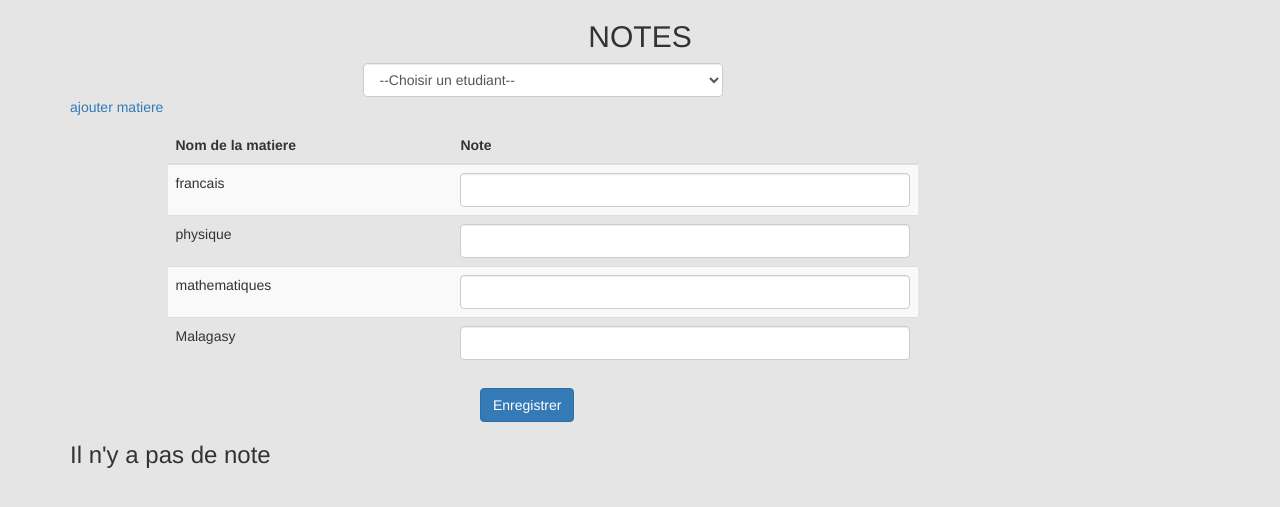
Repository: mitantsoa1/CRUD-note
Page: http://localhost/note
The author's editor kept a copy of each file at every save. The page is drawn from the files as they stood at one save, then again after the next save.
The browser window is 1280 px wide. The pictures show the whole page.
The page is run by PHP 8.4 with error messages shown; the project is at /var/www/html/. The database holds what the project's SQL file puts in it.

Above is the page before, as saved 2021-02-12 11:47:50.
Console error: SyntaxError: Unexpected token '<'

### index.php
<?php

require_once ("Controls/Controllers.class.php");
// require_once ("Models/Database.class.php");
// Database::init("localhost","stage","root","");

if(isset($_GET['action'])){
    if(method_exists("Controllers",$_GET['action'])){
        $reflect = new ReflectionMethod("Controllers",$_GET['action']);
        $class = "Controllers";
        $reflect -> invoke(new $class);
    }else{
        Controllers::loadView("erreur.php");
    }
}else{
    Controllers::loadView("indexView.php");
}

?>

### Controls/Controllers.class.php
<?php
	class Controllers{

		public static function loadView($page){
			$page = htmlspecialchars(trim($page)) ;
			include("Views/".$page) ;
		}
		public function index(){
			Controllers::loadView("indexView");
		}
		// pour inclure les portions de page
		public static function includeTemplate($template)
		{
			$template = htmlspecialchars(trim($template));
			include "Views/template_parts/" . $template;
		}
		// inclure du JavaScript
		public static function includeJS($fields)
		{
			$script = "";
			for ($i = 0; $i < count($fields) - 1; $i++) {
				$code = htmlspecialchars(trim($fields[$i]));
				$script .= '<script src="Publics/js/' . $code . '.js"></script>' . "\n\t";
			}
			if ($i == count($fields) - 1) {
				$code = htmlspecialchars(trim($fields[count($fields) - 1]));
				$script .= '<script src="Publics/js/' . $code . '.js"></script>' . "\n";
			}
			echo $script;
		}
		// inclure du CSS
		public static function includeCSS($fields)
		{
			$css = "";
			for ($i = 0; $i < count($fields) - 1; $i++) {
				$code = htmlspecialchars(trim($fields[$i]));
				$css .= '<link rel="stylesheet" href="Publics/css/' . $code . '.css">' . "\n\t";
			}
			if ($i == count($fields) - 1) {
				$code = htmlspecialchars(trim($fields[count($fields) - 1]));
				$css .= '<link rel="stylesheet" href="Publics/css/' . $code . '.css">' . "\n";
			}
			echo $css;
		}

		public function note(){
			Controllers::loadView("note.php");
		}
		public function matiere(){
			Controllers::loadView("matiere.php");
		}
	}

 ?>

### Views/note.php
<!DOCTYPE html>
<html lang="en">
<head>
    <meta charset="UTF-8">
    <meta http-equiv="X-UA-Compatible" content="IE=edge">
    <meta name="viewport" content="width=device-width, initial-scale=1.0">
    <title>note</title>
    <?php
Controllers::includeCSS(["all","bootstrap.min","sweetalert2.min","style","util"]);
?>
</head>
<body>
    <div class="container content-note">
            <h2 class="text-center">NOTES</h2>
        <form action="">
            <div class="row">
                <?php
                    include('Models/Database.class.php');
                    $db = new Database();
                    $tab = $db->select("etudiant")
                                ->execute(null);
                    echo "<div class='col-sm-4 col-sm-offset-3'> <select id='select_etudiant_note' class='form-control'> <option value='choisir' selected='selected'>--Choisir un etudiant--</option>";

                        for($i=0;$i<count($tab);$i++){
                            echo"
                                <option value='".$tab[$i]->id."'>".$tab[$i]->nom." ".$tab[$i]->prenom."</option>
                            ";
                        }

                    echo "</select></div>";

                    // $reqS="SHOW COLUMNS FROM note";
                    // $conn= new PDO("mysql:host=localhost;dbname=scolarite","root","");
                    //         $stmt = $conn -> prepare($reqS);
                    //         $stmt -> execute();
                    //         $i=1;

                    //         while($tab= $stmt->fetch(PDO::FETCH_ASSOC)){
                    //             echo $tab["Field"];
                    //             // $i++;
                    //              var_dump($tab);
                    //         }


                ?>


            </div>
        </form>
        <a href="matiere" >ajouter matiere</a>
        <div class="nom"></div>
        <div class="row">
            <div class="matiere_table col-sm-8 col-sm-offset-1">matiere</div>
        </div>
        <div class="general"></div>
    </div>


<?php
Controllers::includeJS(["jquery","bootstrap.min","all","sweetalert2.min","form-plugin","note","function"]);
?>
</body>
</html>

### Models/Database.class.php
<?php
class Database{
	private $query,$nombreParam, $lastTable;
	private static $conn,$host,$base,$user,$pass,$port ;
		// bd = new PDO("mysql:host=localhost;dbname=nom","user","pass")
		// initialisation
	public static function init($hote,$base,$port,$user,$pass) {
		self::$host=htmlspecialchars(trim($hote)) ;
		self::$base=htmlspecialchars(trim($base)) ;
		self::$user=htmlspecialchars(trim($user)) ;
		self::$pass=htmlspecialchars(trim($pass)) ;

	}
	public static function db() {
		$options = array(PDO::MYSQL_ATTR_INIT_COMMAND => 'SET NAMES utf8',
);


		$url ="mysql:host=".self::$host.";port=".self::$port.";dbname=".self::$base;
		if(!isset(self::$conn)) {
			self::$conn = new PDO($url,self::$user,self::$pass,$options);
		}
		return self::$conn ;

	}
		// execution du requete
	public function execute($value=null) {

			// tester s'il y des trous dans les requetes
			// si c'est une requete de selection
		if (strpos($this->query,"SELECT")>-1) {

			if (strpos($this->query,"?")>-1 ){
				$req = self::db()->prepare($this->query) ;
				$req->execute($value) ;
			}
			else {
				$req = self::db()->query($this->query) ;
			}


			return $req->fetchAll(PDO::FETCH_OBJ);
		}
		else {
			if (strpos($this->query,"?")>-1 ){
				$req = self::db()->prepare($this->query) ;
				$req->execute($value) ;

			}
			else {
				self::db()->query($this->query) ;
			}


			return 0 ;
		}



	}
	public function getQuery() {
		echo $this->query ;
	}
	public function select($table){
		$table=htmlspecialchars(trim($table)) ;
		$this->query = "SELECT * FROM ".$table ;
		$this->lastTable =$table ;
		return $this ;
	}
	public function where($id,$operateur){
		$this->query .= " WHERE ".$id."".$operateur."?";

		return $this ;
	}
	public function et($id,$operateur) {
		$this->query .= " AND ".$id."".$operateur."?";

		return $this ;
	}
	public function ou($id,$operateur) {
		$this->query .= " OR ".$id."".$operateur."?";

		return $this ;
	}
		// insertion
	public function insert($table) {
		$this->query="INSERT INTO ".$table ;
		return $this ;
	}
	// mise à jours
	public function update($table) {
		$this->query="UPDATE ".$table ;
		return $this ;
	}
	public function parametters($fields) {
		if (strpos($this->query,"INSERT")>-1){
			// insertion
			$listeFields="(" ;
			$valeur="VALUES (" ;
			for ($i=0; $i <count($fields) ; $i++) {
				$listeFields.=$fields[$i]."," ;
				$valeur.="?," ;
			}

			$listeFields=trim($listeFields,",").")" ;

			$valeur=trim($valeur,",").")" ;
			$this->query.=" ".$listeFields ;
			$this->query.=" ".$valeur ;
		}
		else if (strpos($this->query,"UPDATE")>-1){
			$listeFields="SET " ;
			for ($i=0; $i <count($fields); $i++) {
				$listeFields.=$fields[$i]."=?," ;
			}
			$listeFields=trim($listeFields,",") ;
			$this->query.=" ".$listeFields ;
		}

		return $this ;
	}

		// suppréssion
	public function delete($table) {
		$table=htmlspecialchars(trim($table)) ;
		$this->query=" DELETE FROM ".$table;
		return $this ;
	}
	public function order($param) {
		$this->query.=" ORDER BY " ;
		$listeOrder="" ;
		foreach ($param as $key => $value) {
			$listeOrder.=$key. " ".$value."," ;
		}
		$listeOrder=trim($listeOrder,",") ;
		$this->query.=$listeOrder ;
		return $this ;
	}
	public function inner($table2,$id1) {
		$table2=htmlspecialchars(trim($table2)) ;
		$id1= htmlspecialchars(trim($id1)) ;

		$this->query.=" INNER JOIN ".$table2." ON ".$this->lastTable.".".$id1."=".$table2.".".$id1 ;
		$this->lastTable=$table2;
		return $this;
	}
	// inner join id différent
	public function innerD($table2,$id1,$id2) {
		$table2=htmlspecialchars(trim($table2)) ;
		$id1= htmlspecialchars(trim($id1)) ;

		$this->query.=" INNER JOIN ".$table2." ON ".$this->lastTable.".".$id1."=".$table2.".".$id2 ;
		$this->lastTable=$table2;
		return $this;
	}
	public function sum($table,$fields) {
		$fields = htmlspecialchars(trim($fields)) ;
		$table = htmlspecialchars(trim($table)) ;
		$this->query="SELECT SUM(".$fields.") AS somme FROM ".$table ;
		return $this ;
	}
	// selection avec paramètre
	public function selectParam($table,$listeFields) {
		$reqBase ="SELECT " ;
		for ($i=0; $i <count($listeFields) ; $i++) {
			$reqBase.=$listeFields[$i]."," ;
		}
		$this->query = trim($reqBase,",")." FROM ".$table;
		return $this ;


	}
	public function customSelect($requete) {
		$req = self::db()->query($requete) ;

		return $req->fetchAll(PDO::FETCH_OBJ);
	}

}
	Database::init("localhost","scolarite","3306","root","");

	//ALTER TABLE `note` ADD `francais` IF NOT EXISTS DOUBLE NOT NULL DEFAULT '0.0'
// $db = new Database();
//  $tab = $db->select("note")
//                     ->innerD("etudiant","id_etudiant","id")
// 					->et("note.id_etudiant","=")
// 					->getQuery();
?>

### Views/erreur.php
<!DOCTYPE html>
<html lang="fr">
<head>
    <meta charset="UTF-8">
    <meta name="viewport" content="width=device-width, initial-scale=1.0">
    <title>Page invalide</title>
</head>
<body>
    <h1>ERROR 404</h1>

        <p>Cette page n'est pas disponible</p>
</body>
</html>

### Controls/ajax.php
<?php
    include("../Models/Database.class.php");
    header('Content-type: application/json');
    $db = new Database();

    if(isset($_POST['data'])){
        $tab = $db->select("etudiant")
                ->execute();
        echo json_encode($tab);
    }

    if(isset($_POST['nom'])){
        $nom = htmlspecialchars(trim($_POST['nom']));
        $prenom = htmlspecialchars(trim($_POST['prenom']));
        $dtn = htmlspecialchars(trim($_POST['date_naissance']));
        $sexe = $_POST['sexe'];

        $db->insert("etudiant")
            ->parametters(["nom","prenom","date_de_naissance","sexe"])
            ->execute([$nom,$prenom,$dtn,$sexe]);
        echo json_encode("ok");
    }

    if(isset($_POST['id_effacer'])){
        $db->delete("etudiant")
            ->where("id","=")
            ->execute([$_POST['id_effacer']]);
        echo json_encode("effacer");
    }

    if(isset($_POST['id_modifier'])){
        $tab=$db->select("etudiant")
            ->where("id","=")
            ->execute([$_POST['id_modifier']]);
        echo json_encode($tab);
    }
    if(isset($_POST['nom_modif'])){
        $nom = htmlspecialchars(trim($_POST['nom_modif']));
        $prenom = htmlspecialchars(trim($_POST['prenom']));
        $dtn = htmlspecialchars(trim($_POST['date_naissance']));
        $sexe = $_POST['sexe'];
        $id = htmlspecialchars(trim($_POST["id"]));

        $db->update("etudiant")
            ->parametters(["nom","prenom","date_de_naissance","sexe"])
            ->where("id","=")
            ->execute([$nom,$prenom,$dtn,$sexe,$id]);
        echo json_encode("ok");
    }

    if(isset($_POST['etudiant'])){
        $tab=$db->select("etudiant")
                ->where("id","=")
                ->execute([$_POST['etudiant']]);
        echo json_encode($tab);
    }

    if(isset($_POST["affiche_matiere"])){
        $tab=$db->select("matiere")
                ->execute(null);
        echo json_encode($tab);
    }

    if(isset($_POST["nom_matiere"])){
        $matiere = htmlspecialchars(trim($_POST["nom_matiere"]));
        $tab=$db->select("matiere")
                ->where("nom_matiere","=")
                ->execute([$matiere]);

                if(count($tab)>0){
                    echo json_encode("non");
                }else{
                    $db->insert("matiere")
                        ->parametters(["nom_matiere"])
                        ->execute([$matiere]);
                        //APINA ALTER TABLE
                    echo json_encode("ok");
                }
    }

    if(isset($_POST['id_mat_effacer'])){
        $db->delete("matiere")
            ->where("id_matiere","=")
            ->execute([$_POST['id_mat_effacer']]);
        echo json_encode("effacer");
    }

    if(isset($_POST['id_mat_modifier'])){
        $tab=$db->select("matiere")
            ->where("id_matiere","=")
            ->execute([$_POST['id_mat_modifier']]);
        echo json_encode($tab);
    }
    if(isset($_POST['nom_mat_modif'])){
        $matiere = htmlspecialchars(trim($_POST['nom_mat_modif']));
        $id = htmlspecialchars(trim($_POST["id"]));

        $db->update("matiere")
            ->parametters(["nom_matiere"])
            ->where("id_matiere","=")
            ->execute([$matiere,$id]);
        echo json_encode("ok");
    }

    if(isset($_POST['affiche_note'])){
        $tab = $db->select("matiere")
                    ->execute(null);

        echo json_encode($tab);

    }

    if(isset($_POST['id_etudiant'])){
        $tab = $db->select("note")
                    ->innerD("etudiant","id_etudiant","id")
                    ->et("note.id_etudiant","=")
                    ->execute([$_POST['id_etudiant']]);

                    echo json_encode($tab);
    }

    if(isset($_POST['tosend'])){
        $fr=htmlspecialchars(trim($_POST['français'])) ;
        $en =htmlspecialchars(trim($_POST['english']));
        $maths =htmlspecialchars(trim( $_POST['mathematiques'])) ;
        $mal =htmlspecialchars(trim($_POST['Malagasy'])) ;

        $db->insert("note")
           ->parametters(["id_etudiant","francais","english","mathematiques","Malagasy"])
           ->execute([6,$fr,$en,$maths,$mal]);
    }

?>

### Publics/css/style.css
body {
    margin: 0;
    padding: 0;
    background: rgba(0, 0, 0, .1);
}

.content {
    width: 50vw;
    min-width: 300px;
    background: white;
    padding: 10px 20px 0 !important;
    margin: 10px auto;
    border: white 1px solid !important;
    border-radius: 10px !important;
}

.content .titre {
    padding: 0;
    margin: 0;
}

.boutton {
    display: block;
    margin: 0 auto;
    width: 100px;
}

#btn_modification {
    margin-left: 30%;
}

.table_etudiant {
    position: relative;
    height: auto;
    max-height: 150px;
    overflow: auto;
}

.table_etudiant thead {
    position: sticky;
    top: 0;
    background: black;
    color: white;
}

### Publics/js/note.js
function affiche_note_matiere() {
    $.ajax({
        url: "Controls/ajax.php",
        type: "POST",
        data: "affiche_note=affiche_note",
        datatype: "json",
        success: function(data) {
            var button = "<a href='#' class='btn btn-primary col-sm-offset-5' id='btn_note_register'>Enregistrer</a> ";
            if (data.length > 0) {
                var table_affichage = "<div class='table_note m-t-10'><form id='form_note'><table class='table table-striped  m-t-10' style='position: relative !important;'><thead style='position: sticky !important;z-index: 1000;'><th>Nom de la matiere</th><th>Note</th></thead><tbody>";
                for (var i = 0; i < data.length; i++) {
                    table_affichage = table_affichage + "<tr><td>" + data[i].nom_matiere + "</td><td><input type='number' class='form-control input' id='" + data[i].nom_matiere + "'></td></tr>";
                }
                table_affichage = table_affichage + "</tbody></form></table></div>";

                $('.matiere_table').html(table_affichage + button);

            } else {
                $('.matiere_table').html("<h3>Il n'y a pas de matiere</h3>");
            }

        }
    })
}
affiche_note_matiere();

var id_etudiant = $('#select_etudiant_note').val();
var data = "id_etudiant=" + id_etudiant;
$.ajax({
    url: "Controls/ajax.php",
    type: "POST",
    data: data,
    datatype: "json",
    success: function(data) {
        console.log(data);
        if (data.length > 0) {
            var table_affichage = "<div'> <table class='table table-striped  m-t-10' style='position: relative !important;'><thead style='position: sticky !important;z-index: 1000;'><th>Nom et prenom</th><th>Français</th><th>English</th><th>Mathématiques</th></thead><tbody>";
            for (var i = 0; i < data.length; i++) {
                table_affichage = table_affichage + "<tr><td>" + data[i].nom + " " + data[i].prenom + "</td><td>" + data[i].francais + "</td><td>" + data[i].english + "</td><td>" + data[i].mathematiques + "</td><td><a href='#' class=' glyph'  data-toggle='tooltip' data-placement='bottom' title='effacer' onclick='supr_mat(" + data[i].id_matiere + ")'> <i class='fa fa-trash'></i></a><a href='#' class='glyph' data-toggle='tooltip'  data-placement='bottom' title='modifier' onclick='modif_mat(" + data[i].id_matiere + ")'> <i class='fa fa-edit'></i></a>";
            }
            table_affichage = table_affichage + "</td></tr></tbody></table></div>";

            $('.general').html(table_affichage);
        } else {
            $('.general').html("<h3>Il n'y a pas de note</h3>");

        }
    }
})
$('#select_etudiant_note').on('change', function() {
    var id_etudiant = $('#select_etudiant_note').val();
    var data = "id_etudiant=" + id_etudiant;
    $.ajax({
        url: "Controls/ajax.php",
        type: "POST",
        data: data,
        datatype: "json",
        success: function(data) {
            console.log(data);
            if (data.length > 0) {
                var table_affichage = "<div'> <table class='table table-striped  m-t-10' style='position: relative !important;'><thead style='position: sticky !important;z-index: 1000;'><th>Nom et prenom</th><th>Français</th><th>English</th><th>Mathématiques</th></thead><tbody>";
                for (var i = 0; i < data.length; i++) {
                    table_affichage = table_affichage + "<tr><td>" + data[i].nom + " " + data[i].prenom + "</td><td id='fr' data-nom='francais'>" + data[i].francais + "</td><td id='english'>" + data[i].english + "</td><td id='mathematiques'>" + data[i].mathematiques + "</td><td><a href='#' class=' glyph'  data-toggle='tooltip' data-placement='bottom' title='effacer' onclick='supr_mat(" + data[i].id_matiere + ")'> <i class='fa fa-trash'></i></a><a href='#' class='glyph' data-toggle='tooltip'  data-placement='bottom' title='modifier' onclick='modif_mat(" + data[i].id_matiere + ")'> <i class='fa fa-edit'></i></a>";
                }
                table_affichage = table_affichage + "</td></tr></tbody></table></div>";

                $('.general').html(table_affichage);
            } else {
                $('.general').html("<h3>Il n'y a pas de note</h3>");

            }
        }
    })
})

$(document.body).on('click', '#btn_note_register', function() {
    var d = new data_form("form_note");
    d.sendInfo("Controls/ajax.php", function(data) {
        alert(data);
    })

})

### scolarite.sql (the tables this page reads)
CREATE TABLE IF NOT EXISTS `etudiant` (
  `id` int(11) NOT NULL AUTO_INCREMENT,
  `nom` varchar(255) NOT NULL,
  `prenom` varchar(255) NOT NULL,
  `date_de_naissance` date NOT NULL,
  `sexe` varchar(30) NOT NULL,
  PRIMARY KEY (`id`)
) ENGINE=MyISAM AUTO_INCREMENT=9 DEFAULT CHARSET=utf8;

INSERT INTO `etudiant` (`id`, `nom`, `prenom`, `date_de_naissance`, `sexe`) VALUES
(5, 'mitantsoa', 'mi', '2021-01-26', 'femme'),
(8, 'rabe', 'be', '2021-01-25', 'femme');

CREATE TABLE IF NOT EXISTS `matiere` (
  `id_matiere` int(11) NOT NULL AUTO_INCREMENT,
  `nom_matiere` varchar(255) NOT NULL,
  PRIMARY KEY (`id_matiere`)
) ENGINE=MyISAM AUTO_INCREMENT=8 DEFAULT CHARSET=utf8;

INSERT INTO `matiere` (`id_matiere`, `nom_matiere`) VALUES
(1, 'francais'),
(7, 'physique'),
(3, 'mathematiques'),
(6, 'Malagasy');

CREATE TABLE IF NOT EXISTS `note` (
  `id_note` int(11) NOT NULL AUTO_INCREMENT,
  `id_etudiant` int(11) NOT NULL,
  `matiere` varchar(255) NOT NULL,
  `note` int(11) NOT NULL DEFAULT '0',
  PRIMARY KEY (`id_note`)
) ENGINE=MyISAM AUTO_INCREMENT=3 DEFAULT CHARSET=utf8;

INSERT INTO `note` (`id_note`, `id_etudiant`, `matiere`, `note`) VALUES
(1, 5, 'francais', 15),
(2, 8, 'mathematiques', 10);

Loaded but not shown: Publics/css/all.css (library); Publics/css/bootstrap.min.css (library); Publics/css/sweetalert2.min.css (library); Publics/js/jquery.js (library); Publics/js/bootstrap.min.js (library); Publics/js/function.js (201 lines, source omitted); Publics/js/form-plugin.js (167 lines, source omitted); Publics/css/util.css (9878 lines, source omitted)

After the next save:
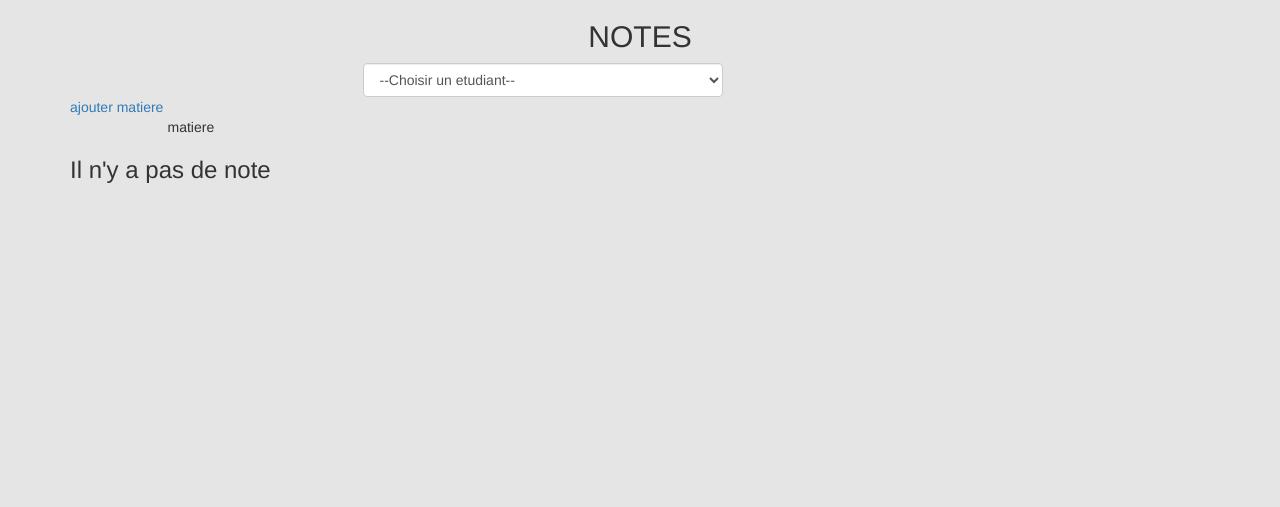
Saved 5 min 13 s later.
--- a/Publics/js/note.js
+++ b/Publics/js/note.js
@@ -1,8 +1,9 @@
 function affiche_note_matiere() {
+    var data = "affiche_note" + $('#select_etudiant_note').val();
     $.ajax({
         url: "Controls/ajax.php",
         type: "POST",
-        data: "affiche_note=affiche_note",
+        data: data,
         datatype: "json",
         success: function(data) {
             var button = "<a href='#' class='btn btn-primary col-sm-offset-5' id='btn_note_register'>Enregistrer</a> ";
